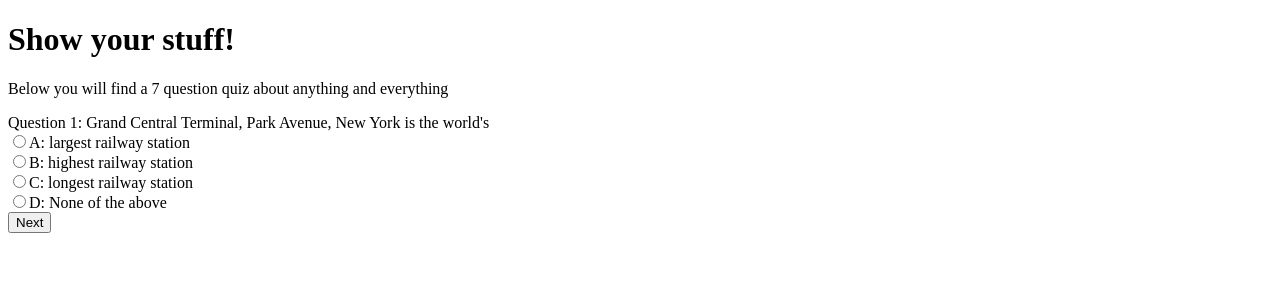
Repository: wsbrunson/Simple-Javascript-Quiz
Page: index.html
The author's editor kept a record of every edit. The page is drawn from the files as they stood at one moment, then again after the next edit.
The browser window is 1280 px wide. The pictures show the whole page.

Above is the page before.

After the next edit:
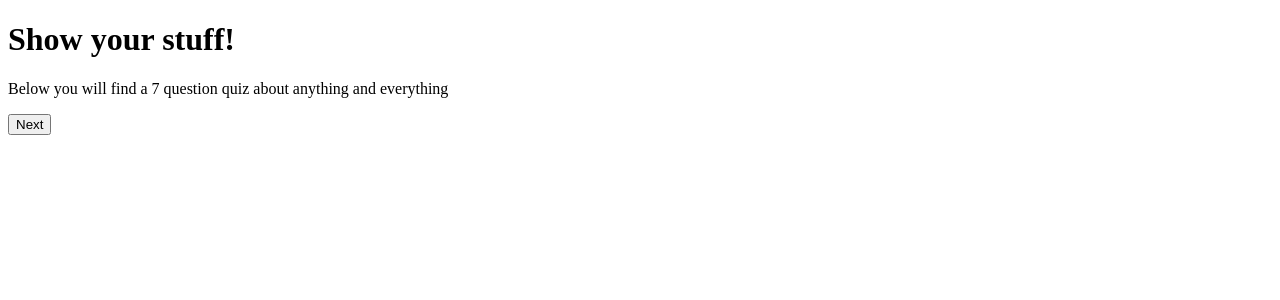
Console error: SyntaxError: Unexpected token '{'
The edit:
--- a/scripts/app.js
+++ b/scripts/app.js
@@ -12,12 +12,40 @@
                                "D: The formation of rocks"],
                      correctAnswer: 1
                     },
-                    {question: "Question 3",
-                     choices: ["z",
-                               "y",
-                               "x",
-                               "w"],
-                     correctAnswer: 1
+                    {question: "Question 3: Friction can be reduced by changing from",
+                     choices: ["A: sliding to rolling",
+                               "B: rolling to sliding",
+                               "C: potential energy to kinetic energy",
+                               "D: dynamic to static"],
+                     correctAnswer: 0
+                    }
+                    {question: "Question 3: Friction can be reduced by changing from",
+                     choices: ["A: sliding to rolling",
+                               "B: rolling to sliding",
+                               "C: potential energy to kinetic energy",
+                               "D: dynamic to static"],
+                     correctAnswer: 0
+                    }
+                    {question: "Question 3: Friction can be reduced by changing from",
+                     choices: ["A: sliding to rolling",
+                               "B: rolling to sliding",
+                               "C: potential energy to kinetic energy",
+                               "D: dynamic to static"],
+                     correctAnswer: 0
+                    }
+                    {question: "Question 3: Friction can be reduced by changing from",
+                     choices: ["A: sliding to rolling",
+                               "B: rolling to sliding",
+                               "C: potential energy to kinetic energy",
+                               "D: dynamic to static"],
+                     correctAnswer: 0
+                    }
+                    {question: "Question 3: Friction can be reduced by changing from",
+                     choices: ["A: sliding to rolling",
+                               "B: rolling to sliding",
+                               "C: potential energy to kinetic energy",
+                               "D: dynamic to static"],
+                     correctAnswer: 0
                     }
                     ];
 

After the 4 edits that followed:
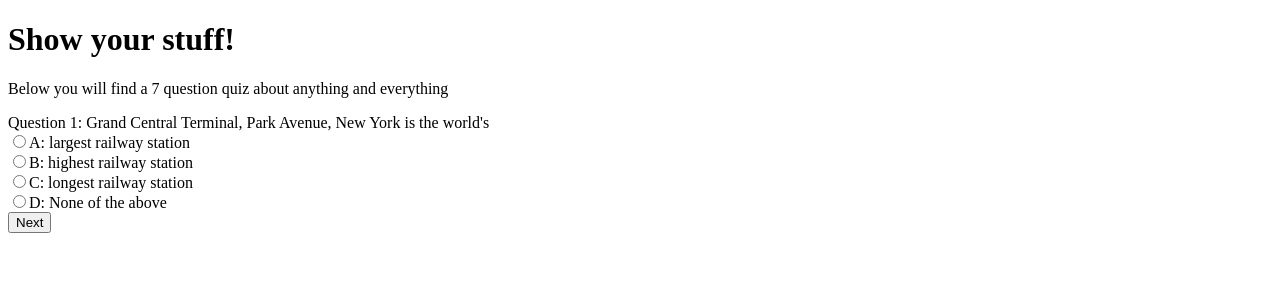
The error is gone.
The 4 edits are shown as one change because 3 left the picture as it was.
The edit:
--- a/scripts/app.js
+++ b/scripts/app.js
@@ -18,28 +18,28 @@
                                "C: potential energy to kinetic energy",
                                "D: dynamic to static"],
                      correctAnswer: 0
-                    }
+                    },
                     {question: "Question 3: Friction can be reduced by changing from",
                      choices: ["A: sliding to rolling",
                                "B: rolling to sliding",
                                "C: potential energy to kinetic energy",
                                "D: dynamic to static"],
                      correctAnswer: 0
-                    }
+                    },
                     {question: "Question 3: Friction can be reduced by changing from",
                      choices: ["A: sliding to rolling",
                                "B: rolling to sliding",
                                "C: potential energy to kinetic energy",
                                "D: dynamic to static"],
                      correctAnswer: 0
-                    }
+                    },
                     {question: "Question 3: Friction can be reduced by changing from",
                      choices: ["A: sliding to rolling",
                                "B: rolling to sliding",
                                "C: potential energy to kinetic energy",
                                "D: dynamic to static"],
                      correctAnswer: 0
-                    }
+                    },
                     {question: "Question 3: Friction can be reduced by changing from",
                      choices: ["A: sliding to rolling",
                                "B: rolling to sliding",
